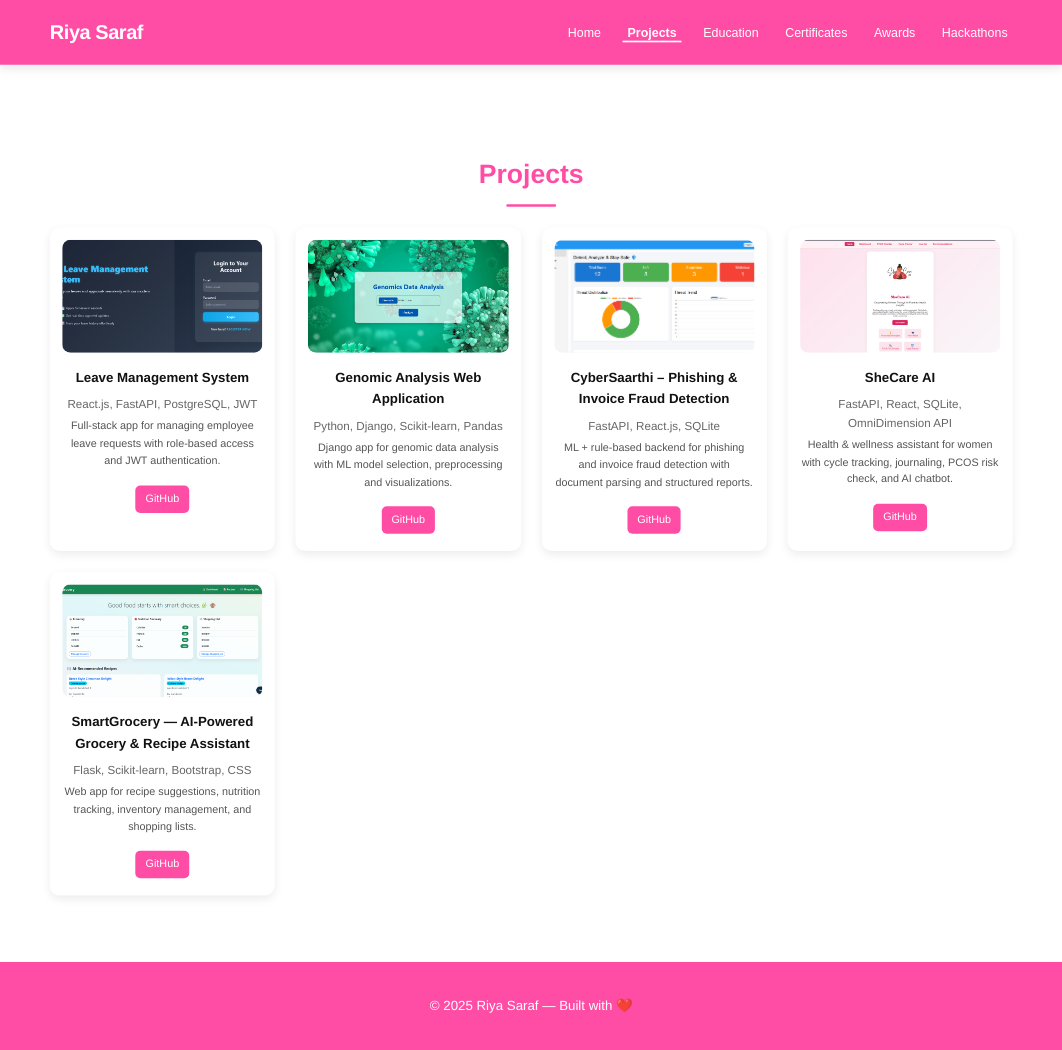
Repository: riyaaaa19/riya-portfolio
Page: /, after clicking the first element matching `nav > :nth-child(2)`
These files come from the project's save history. The page is drawn as it stood at one moment and after the next save; the edit follows.
The browser window is 1280 px wide. The pictures show the whole page, at 83% of full size.
The project was rebuilt for these pictures with package versions that can differ from the ones it lists, and the page was loaded fresh each time.

Above is the page before, as saved 2025-09-14 14:09:32.

After the next save:
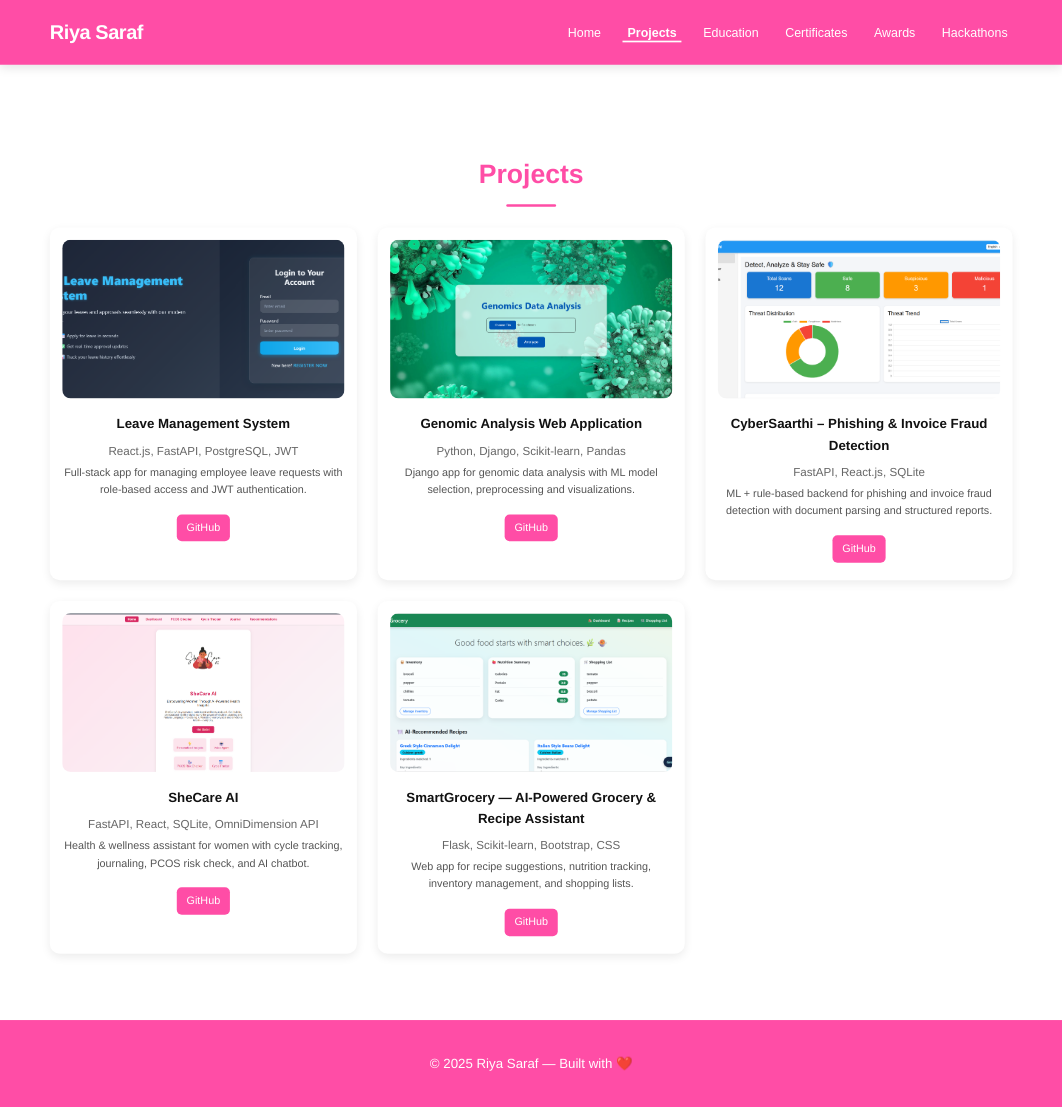
Saved 13 min 4 s later.
--- a/src/styles.css
+++ b/src/styles.css
@@ -279,7 +279,7 @@ footer {
 .grid {
     display: grid;
     gap: 25px;
-    grid-template-columns: repeat(auto-fit, minmax(260px, 1fr));
+    grid-template-columns: repeat(3, 1fr);
 }
 
 /* ===== Timeline for Education ===== */
